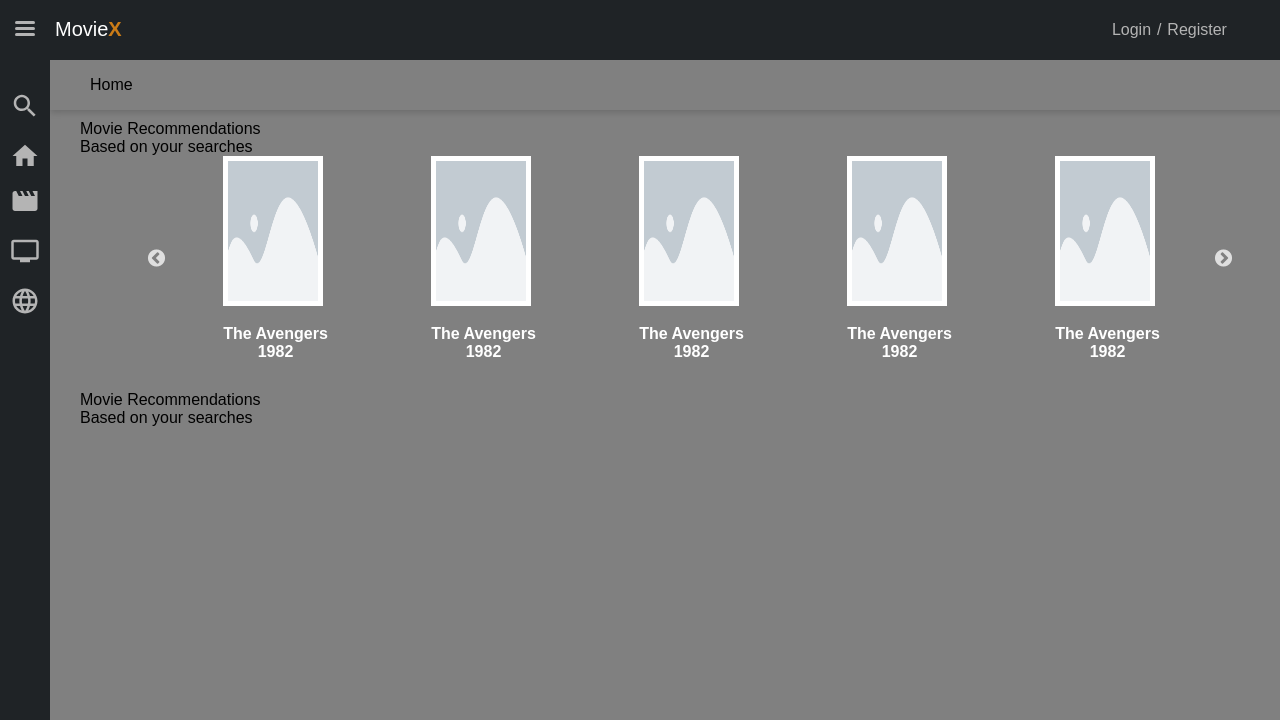
Repository: Amad-Mlinka/MovieTVBrowserNext
Page: /
The author's editor kept a copy of each file at every save. The page is drawn from the files as they stood at one save, then again after the next save.
The browser window is 1280 px wide. The pictures show the whole page.
The project was rebuilt for these pictures with package versions that can differ from the ones it lists, and the page was loaded fresh each time. The framework's server and built-in components were replaced by stand-ins that run in the browser. Also part of the build but not shown: next.config.js.

Above is the page before, as saved 2021-08-07 20:18:16.

After the next save:
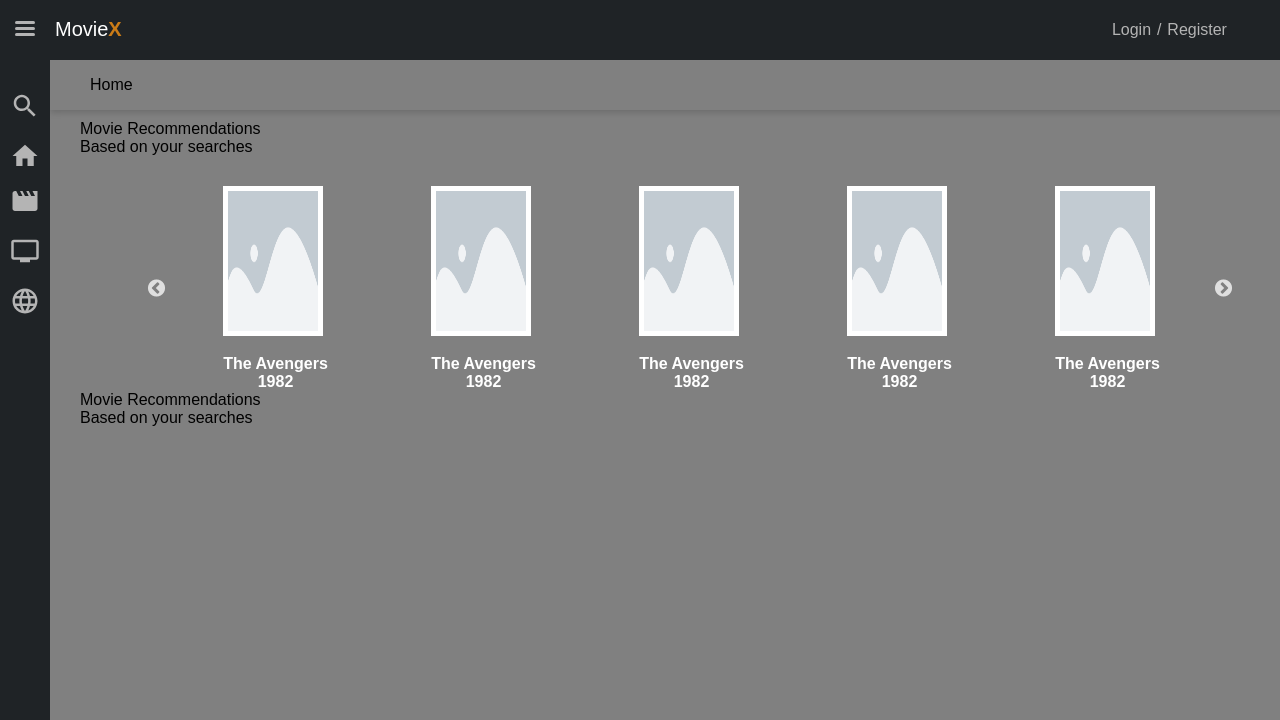
Saved 14 s later.
--- a/styles/Home.module.scss
+++ b/styles/Home.module.scss
@@ -33,7 +33,7 @@
 
 }
 .mediaList {
-  margin: 0px auto 30px auto;
+  margin: 30px auto 0px auto;
   width: 85%;
 }
 .media{
